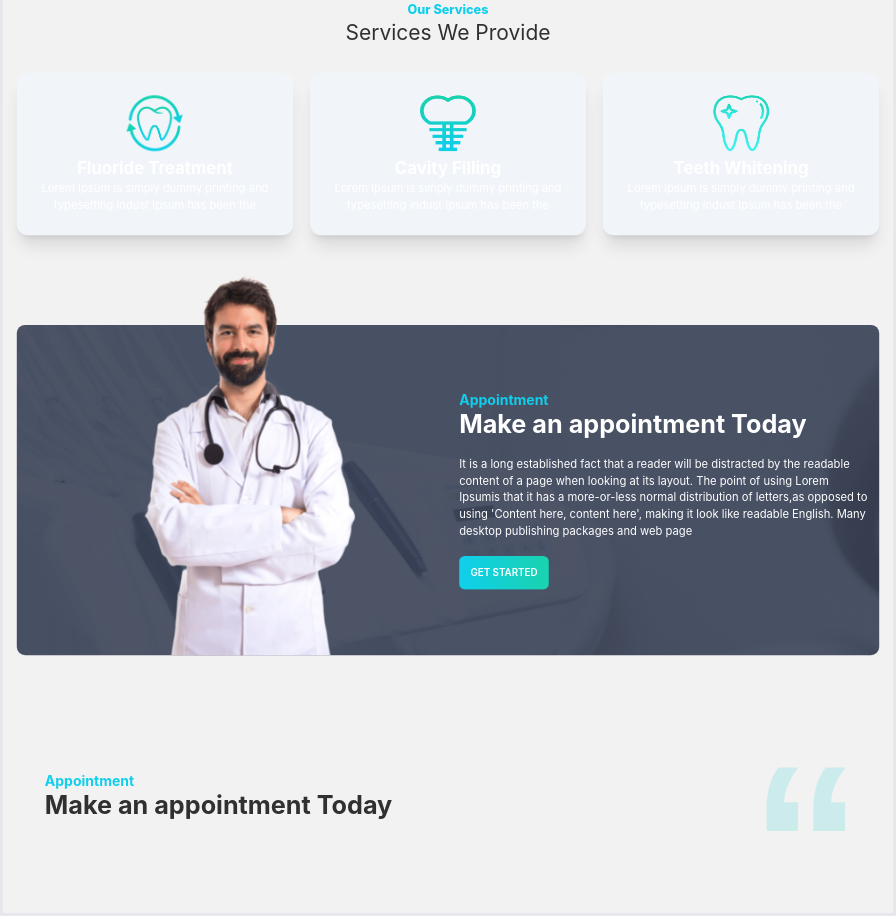
Repository: Samad77/Doctorportal-Client
Page: /
An editor plug-in stored every save of this project. The page is shown before and after the next save, followed by the edit.
The browser window is 1280 px wide. The pictures show the part of the page from y = 1003 to 2923 px (the page is 2311 px tall before and 2923 px after), at 70% of full size.
The project was rebuilt for these pictures with package versions that can differ from the ones it lists, and the page was loaded fresh each time. Also part of the build but not shown: src/Pages/Login/Login.js.

Above is the page before, as saved 2022-11-12 19:07:11.

### src/App.js
import logo from './logo.svg';
import './App.css';
import {RouterProvider} from 'react-router-dom'
import router from './Layout/Routes/Routes';
import Cards from './Pages/Home/Cards/Cards';
function App() {
  return (
    <div className="App max-w-[1440px] mx-auto border-4">
      <RouterProvider router={router}>

      </RouterProvider>
    </div>
  );
}

export default App;

### src/Layout/Routes/Routes.js
import { createBrowserRouter } from "react-router-dom";
import Home from "../../Pages/Home/Home";
import Login from "../../Pages/Login/Login";
import Main from "../Main/Main";

const router = createBrowserRouter([
    {path : "/",
    element : <Main></Main>,
    children : [
        {path : '/', element : <Home></Home>,},
        {path: '/home', element : <Home></Home>},
        {path: '/login', element : <Login></Login>},
    ]
    }
])

export default router;

### src/Pages/Home/Cards/Cards.js
import React from 'react';
import img1 from '../../../assets/icons/clock.svg'
import img2 from '../../../assets/icons/marker.svg'
import img3 from '../../../assets/icons/phone.svg'
import img4 from '../../../assets/icons/quote.svg'

const Cards = () => {
    return (
        <section className='grid grid-cols-1 gap-6 md:grid-cols-2 lg:grid-cols-3 my-28'>
            <div className="card  bg-primary text-white shadow-xl">
                <div className="card-body flex flex-col items-center  lg:flex-row">
                    <div className=''>
                        <img src={img1} alt="" className='w-20 h-20'/>
                    </div>
                    <div className='text-left'>
                        <h2 className="card-title">Opening Hours</h2>
                        <p>Servicing 24 Hour</p>
                    </div>

                </div>
            </div>

            <div className="card  bg-neutral text-white shadow-xl">
                <div className="card-body flex flex-col items-center  lg:flex-row">
                    <div className=''>
                        <img src={img2} alt="" className='w-20 h-20'/>
                    </div>
                    <div className='text-left'>
                        <h2 className="card-title">Visit our location</h2>
                        <p>Brooklyn, NY 10036, United States</p>
                    </div>

                </div>
            </div>

            <div className="card  bg-primary text-white shadow-xl">
                <div className="card-body flex flex-col items-center  lg:flex-row">
                    <div className=''>
                        <img src={img3} alt="" className='w-20 h-20'/>
                    </div>
                    <div className='text-left'>
                        <h2 className="card-title">Contact us now</h2>
                        <p>+000 123 456789</p>
                    </div>

                </div>
            </div>
        </section>
    );
};

export default Cards;

### src/Pages/Home/Home.js
import React from 'react';
import Banner from './Banner/Banner';
import Cards from './Cards/Cards';
import MakeAppointment from './MakeAppointment/MakeAppointment';
import SecondCard from './SecondCard/SecondCard';
import Services from './Services/Services';
import TestimonialArea from './TestimonialArea/TestimonialArea';

const Home = () => {
    return (
        <div className='mx-5'>
            <Banner></Banner>
            <Cards></Cards>
            <Services></Services>
            <MakeAppointment></MakeAppointment>
            <TestimonialArea></TestimonialArea>
            <SecondCard></SecondCard>
        </div>
    );
};

export default Home;

### src/Layout/Main/Main.js
import React from 'react';
import Footer from '../../Pages/Shared/Footer/Footer';
import Navbar from '../../Pages/Shared/Navbar/Navbar';
import {Outlet} from 'react-router-dom'
const Main = () => {
    return (
        <div>
            <Navbar></Navbar>
                <Outlet></Outlet>
            <Footer></Footer>
        </div>
    );
};

export default Main;

### src/Pages/Home/Banner/Banner.js
import React from 'react';
import img1 from '../../../assets/images/chair.png'
import PrimaryButton from '../../../Components/PrimaryButton/PrimaryButton';
const Banner = () => {
    return (
        <div className="hero bg-base-100 my-36">
            <div className="hero-content flex-col lg:flex-row-reverse">
                <img src={img1} className=" rounded-lg shadow-2xl lg:w-1/2" />
                <div className='text-left'>
                <h1 className="text-5xl font-bold">Your New Smile Starts Here</h1>
                <p className="py-6">Provident cupiditate voluptatem et in. Quaerat fugiat ut assumenda excepturi exercitationem quasi. In deleniti eaque aut repudiandae et a id nisi.</p>
                <PrimaryButton>Get Started</PrimaryButton>
                </div>
            </div>
        </div>
    );
};

export default Banner;

### src/Pages/Home/MakeAppointment/MakeAppointment.js
import React from 'react';
import img1 from '../../../assets/images/appointment.png'
import doctor from '../../../assets/images/doctor.png'
import PrimaryButton from '../../../Components/PrimaryButton/PrimaryButton';

const MakeAppointment = () => {
    return (
        <div className="hero bg-base-100 my-32 text-white rounded-xl" style={{background : `url(${img1})`}}>
  <div className="hero-content flex-col lg:flex-row-reverse">
    <div className="text-center lg:text-left">
      <h1 className='text-primary text-xl font-bold' >Appointment</h1>
      <h1 className="text-4xl font-bold">Make an appointment Today</h1>
      <p className="py-6">It is a long established fact that a reader will be distracted by the readable content of a page when looking at its layout. The point of using Lorem Ipsumis that it has a more-or-less normal distribution of letters,as opposed to using 'Content here, content here', making it look like readable English. Many desktop publishing packages and web page</p>
      <PrimaryButton>Get Started</PrimaryButton>
    </div>
    <div className=" card hidden flex-shrink-0 w-1/2 -mt-36 -mb-4 lg:block">
       <img src={doctor} alt="" />
    </div>
  </div>
</div>
    );
};

export default MakeAppointment;

### src/Pages/Home/SecondCard/SecondCard.js
import React from 'react';
import people1 from '../../../assets/images/people1.png'
import people2 from '../../../assets/images/people2.png'
import people3 from '../../../assets/images/people3.png'
const SecondCard = () => {
    const cardDetail = [
        {
            detail : "It is a long established fact that by the readable content of a lot layout. The point of using Lorem a more-or-less normal distribu to using Content here, content",
            img : people1,
            name : "Winson Herry",
            address : "Calfornia"
        },
        {
            detail : "It is a long established fact that by the readable content of a lot layout. The point of using Lorem a more-or-less normal distribu to using Content here, content",
            img : people2,
            name : "Winson Herry",
            address : "Calfornia"
        },
        {
            detail : "It is a long established fact that by the readable content of a lot layout. The point of using Lorem a more-or-less normal distribu to using Content here, content",
            img : people3,
            name : "Winson Herry",
            address : "Calfornia"
        },
    ]
    return (
        <div>
            {
                cardDetail.map( detail => <PatientReview key={detail.name} detail={detail}></PatientReview>)
            }
        </div>
    );
};

const PatientReview = ({}) => {
    return (
        <section>

        </section>
    )
}
export default SecondCard;

### src/Pages/Home/Services/Services.js
import React from 'react';
import img1 from '../../../assets/images/fluoride.png'
import img2 from '../../../assets/images/cavity.png'
import img3 from '../../../assets/images/whitening.png'
const Services = () => {
    const allServices = [
        {
            img : img1,
            name : "Fluoride Treatment",
            about : "Lorem Ipsum is simply dummy printing and typesetting indust Ipsum has been the"
        },
        {
            img : img2,
            name : "Cavity Filling",
            about : "Lorem Ipsum is simply dummy printing and typesetting indust Ipsum has been the"
        },
        {
            img : img3,
            name : "Teeth Whitening",
            about : "Lorem Ipsum is simply dummy printing and typesetting indust Ipsum has been the"
        },
    ]
    return (

        <section>

            <div className=''>
                <h1 className='text-primary text-lg font-extrabold'>Our Services</h1>
                <p className='text-3xl'>Services We Provide</p>
            </div>

            <div className='grid grid-cols-1 gap-6 my-10 md:grid-cols-2 lg:grid-cols-3'>

            {
                allServices.map( service => <Service key={service.name} service={service}></Service>)
            }
            </div>
        </section>

    );
};

const Service = ({service}) => {
    return (
        <div className="card  bg-primary text-white shadow-xl bg-slate-100 text-black ">
            <div className="card-body flex flex-col items-center  ">
                <div className=''>
                    <img src={service.img} alt="" className='w-20 h-20'/>
                </div>
                <div className=''>
                    <h2 className="text-2xl font-bold">{service.name}</h2>
                    <p>{service.about}</p>
                </div>
            </div>
        </div>


    )
}
export default Services;

### src/Pages/Home/TestimonialArea/TestimonialArea.js
import React from 'react';
import comma from '../../../assets/icons/quote.svg'
const TestimonialArea = () => {
    return (
        <div className='my-24 flex px-10 items-center'>
            <div className='text-left justify-between w-full'>
                <h1 className='text-primary text-xl font-bold'>Appointment</h1>
                <h1 className="text-2xl lg:text-4xl font-bold">Make an appointment Today</h1>
            </div>
            <div>
                <img src={comma} alt="" className='w-24 h-24 lg:w-36 h-36' />
            </div>
        </div>
    );
};

export default TestimonialArea;

### src/Pages/Shared/Navbar/Navbar.js
import React from 'react';
import {Link} from 'react-router-dom'
const Navbar = () => {

    const menuItems =

    <React.Fragment>
        <li><Link to="/home">Home</Link></li>
        <li><Link to="/about">About</Link></li>
        <li><Link to="/appointment">Appointment</Link></li>
        <li><Link to="/contact">Contact Us</Link></li>
        <li><Link to="/login">Login</Link></li>
    </React.Fragment>

    return (
        <div className="navbar bg-base-100 flex justify-between">
  <div className="navbar-start">
    <div className="dropdown">
      <label tabIndex={0} className="btn btn-ghost lg:hidden">
        <svg xmlns="http://www.w3.org/2000/svg" className="h-5 w-5" fill="none" viewBox="0 0 24 24" stroke="currentColor"><path strokeLinecap="round" strokeLinejoin="round" strokeWidth="2" d="M4 6h16M4 12h8m-8 6h16" /></svg>
      </label>
      <ul tabIndex={0} className="menu menu-compact dropdown-content mt-3 p-2 shadow rounded-box w-52">
            {menuItems}
      </ul>
    </div>
    <Link to='/' className="btn btn-ghost normal-case text-xl">Doctors Portal</Link>
  </div>
  <div className="navbar-center hidden lg:flex">
    <ul className="menu menu-horizontal p-0">
        {menuItems}
    </ul>
  </div>

</div>
    );
};

export default Navbar;

### src/Components/PrimaryButton/PrimaryButton.js
import React from 'react';

const PrimaryButton = ({children}) => {
    return (
        <button className="btn btn-primary border-0 bg-gradient-to-r from-primary to-secondary text-white">{children}</button>
    );
};

export default PrimaryButton;

### tailwind.config.js
/** @type {import('tailwindcss').Config} */
module.exports = {
  content: ["./src/**/*.{js,jsx,ts,tsx}"],
  theme: {
    extend: {},
  },
  daisyui : {
    themes : [

    {
      doctorThemes: {

primary: "#0FCFEC",

secondary: "#19D3AE",

neutral: "#3A4256",

"base-100": "#F2F2F2",

      },
    },
  ]
  },
  plugins: [require("daisyui")],
}

Loaded but not shown: public/index.html (common file); src/index.js (common file); src/index.css (common file); src/reportWebVitals.js (common file); src/App.css (common file); src/Pages/Shared/Footer/Footer.js (common file)

After the next save:
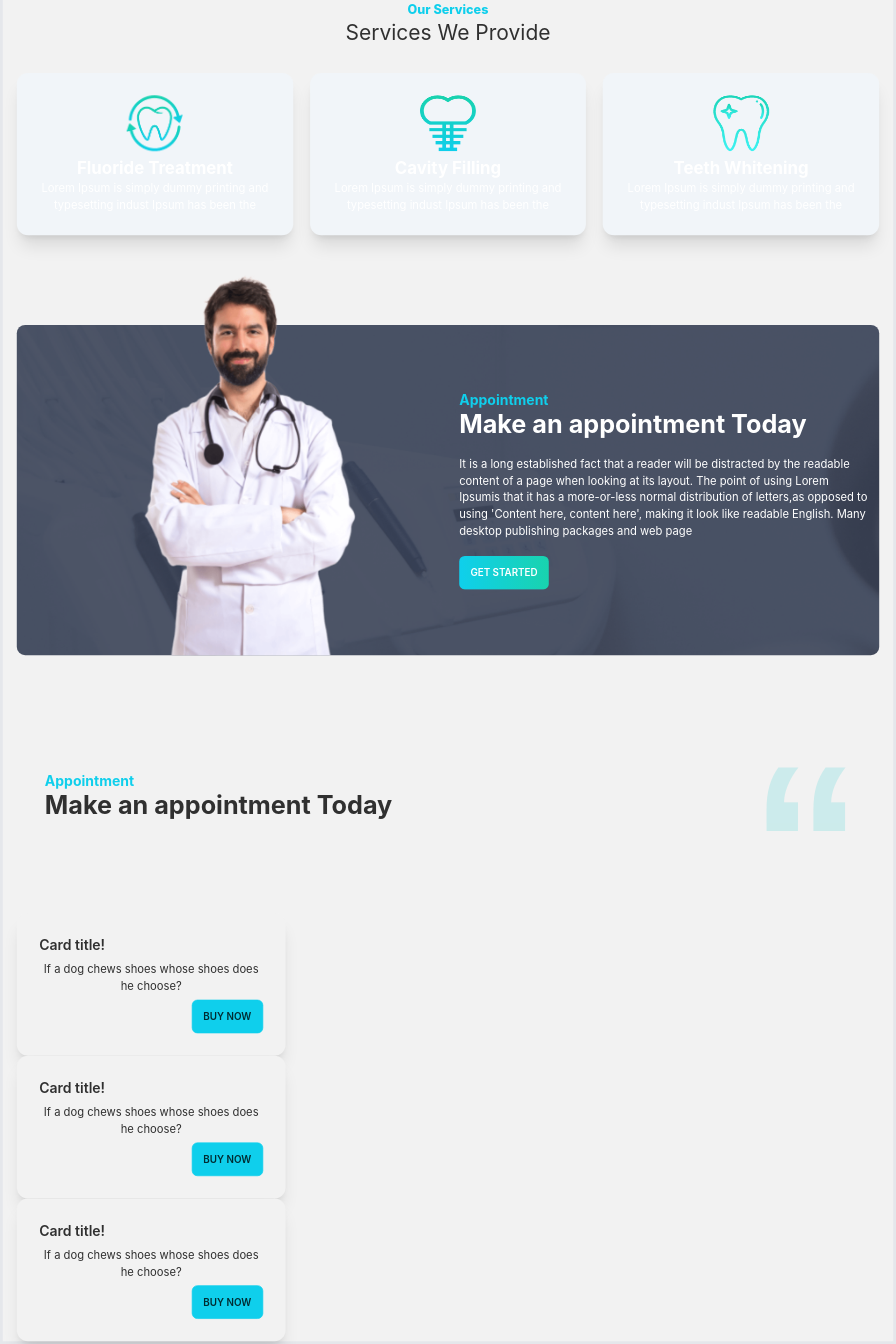
Saved 8 min 19 s later.
--- a/src/Pages/Home/SecondCard/SecondCard.js
+++ b/src/Pages/Home/SecondCard/SecondCard.js
@@ -32,10 +32,18 @@ const SecondCard = () => {
     );
 };
 
-const PatientReview = ({}) => {
+const PatientReview = ({detail}) => {
     return (
         <section>
-
+            <div className="card w-96 bg-base-100 shadow-xl">
+                <div className="card-body">
+                    <h2 className="card-title">Card title!</h2>
+                    <p>If a dog chews shoes whose shoes does he choose?</p>
+                    <div className="card-actions justify-end">
+                    <button className="btn btn-primary">Buy Now</button>
+                    </div>
+                </div>
+            </div>
         </section>
     )
 }
